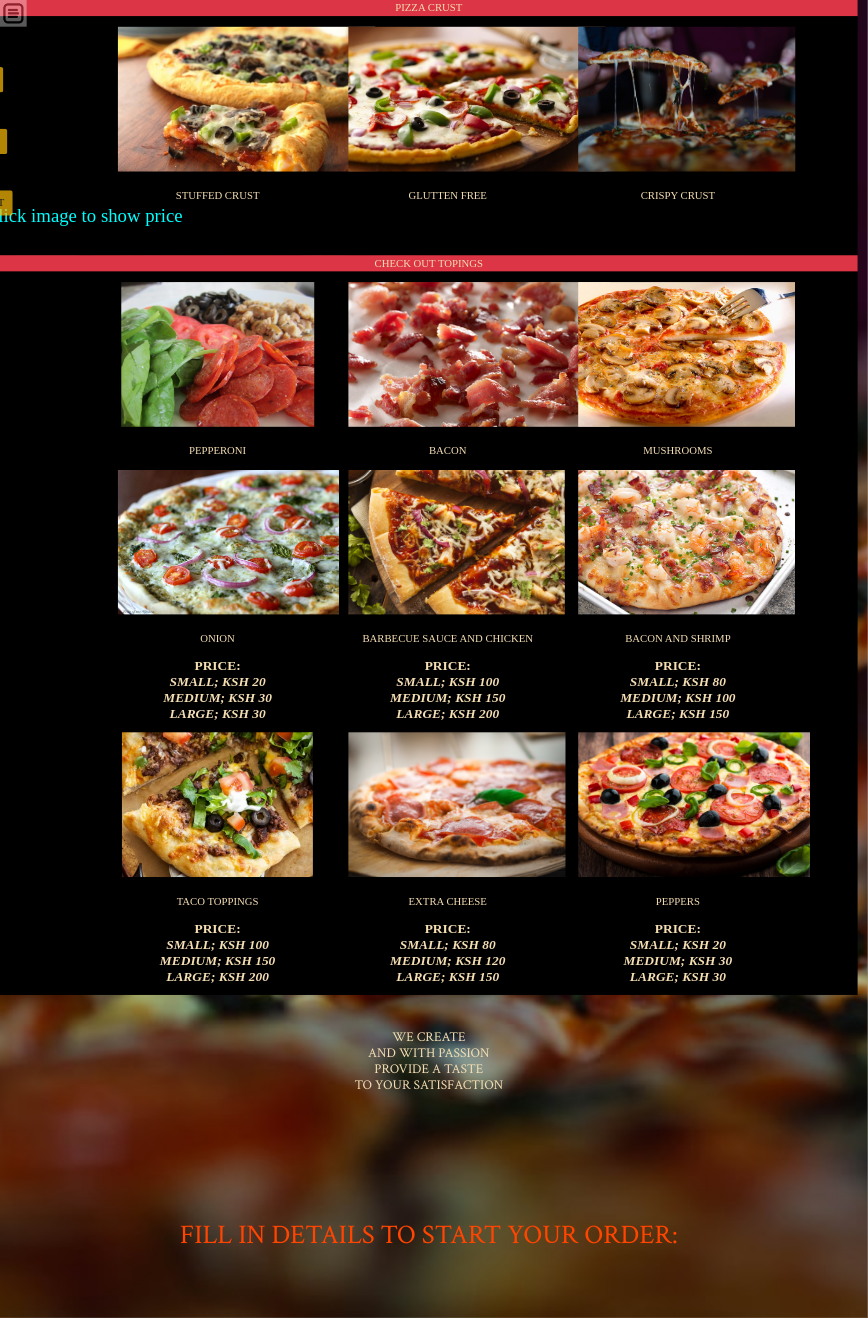
Repository: alexmwaura/MOREO--PIZZA-IP4
Page: mine.html
The author's editor kept a copy of each file at every save. The page is drawn from the files as they stood at one save, then again after the next save.
The browser window is 1280 px wide. The page is 1295 px wide, so the pictures cover 1295 px, including what lies to the right of the window. The pictures show the whole page, at 67% of full size.
Some web fonts or font styles are not loaded; a fallback is used.

Above is the page before, as saved 2019-09-01 14:50:45.

### mine.html
<!DOCTYPE html>
<html lang="en">

<head>
    <meta charset="UTF-8">
    <meta name="viewport" content="width=device-width, initial-scale=1.0">
    <meta http-equiv="X-UA-Compatible" content="ie=edge">

    <title> MOREO RESTAURANT</title>

    <link href="https://fonts.googleapis.com/css?family=Kaushan+Script&display=swap" rel="stylesheet">
    <link href="https://fonts.googleapis.com/css?family=Pacifico|Rancho&display=swap" rel="stylesheet">
    <link href="https://fonts.googleapis.com/css?family=Crimson+Text&display=swap" rel="stylesheet">

    <link rel="stylesheet" href="./CSS/bootstrap.css">
    <link rel="stylesheet" href="./CSS/styles.css">
    <script src="./SCRIPTS/jquery-3.4.1.js"></script>
    <script src="./SCRIPTS/scripts.js"></script>
</head>

<body>
    <nav>
        <a href="#" class="nav-toggle-btn bg-success"></a>
        <ul>
            <li><a href="./index.html" class="btn bg-warning" style="margin-left: -14%">HOME</a></li><br><br>
            <li><a href="#pizza" class="btn bg-warning" style="margin-left: -15%">ORDER</a></li><br><br>
            <li><a href="#nav" class="btn bg-warning" style="margin-left: -35%">CONTACT</a></li>
        </ul>
    </nav>

    <div class="content">


        <div class="address">
            <div class="">

                <div class="bg-danger" id="pizza-crust">
                    <p>PIZZA CRUST</p>

                </div>

                <div class="row">

                    &nbsp;&nbsp;&nbsp;&nbsp;&nbsp;&nbsp;&nbsp;&nbsp;&nbsp;&nbsp;&nbsp;&nbsp;&nbsp;&nbsp;&nbsp;&nbsp;&nbsp;&nbsp;&nbsp;&nbsp;&nbsp;&nbsp;&nbsp;&nbsp;&nbsp;&nbsp;&nbsp;&nbsp;&nbsp;&nbsp;&nbsp;&nbsp;&nbsp;&nbsp;&nbsp;&nbsp;&nbsp;&nbsp;&nbsp;&nbsp;&nbsp;&nbsp;&nbsp;&nbsp;

                    <div class="col-lg-3 col-md-3 col-sm-3">
                        <div id="work1">
                            <img src="./IMAGES/staffedcrust.jpg" alt="" class="img-fluid-1"><br><br>

                            <div class="overlay">
                                <div class="line">
                                    <p class="trial1">STUFFED CRUST</p>
                                    <p class="p1">
                                        <h5 class="p1"><strong> PRICE: <br>
                                            <em>SMALL; KSH 100</em><br>
                                            <em>MEDIUM; KSH 150</em><br>
                                            <em>LARGE; KSH 200</em>
                                        </strong></h5>
                                    </p>

                                </div>

                            </div>

                        </div>



                    </div>
                    &nbsp;&nbsp;&nbsp;&nbsp;

                    <div class="col-lg-3 col-md-3 col-sm-3">
                        <div id="work2">
                            <img src="./IMAGES/gluttenfree.jpg" alt="" class="img-fluid-2"><br><br>

                            <div class="overlay">
                                <div class="line">
                                    <p class="trial2">GLUTTEN FREE </p>
                                    <p class="p1">
                                        <h5 class="p1"><strong> PRICE: <br>
                                            <em>SMALL; KSH 100</em><br>
                                            <em>MEDIUM; KSH 150</em><br>
                                            <em>LARGE; KSH 200</em>
                                        </strong></h5>
                                    </p>



                                </div>

                            </div>

                        </div>

                    </div>

                    &nbsp;&nbsp;&nbsp;&nbsp;


                    <div class="col-lg-3 col-md-3 col-sm-3">
                        <div id="work3">
                            <img src="./IMAGES/1.jpeg" alt="" class="img-fluid-3 "><br><br>

                            <div class="overlay">
                                <div class="line">
                                    <p class="trial3">CRISPY CRUST</p>
                                    <p class="p1">
                                        <h5 class="p1"><strong> PRICE: <br>
                                            <em>SMALL; KSH 100</em><br>
                                            <em>MEDIUM; KSH 150</em><br>
                                            <em>LARGE; KSH 200</em>
                                        </strong></h5>
                                    </p>


                                </div>

                            </div>

                        </div>

                    </div>

                    <div class="form-group">
                        <h3 style="color: aqua" style="font-size: 10vh" class="price"> click image to show price</h3>
                    </div>


                </div>

            </div>

        </div>



        <div class="dance">

            <div class="">

                <div class="bg-danger" id="pizza-toppings">
                    <p>CHECK OUT TOPINGS</p>

                </div>

                <div class="row">

                    &nbsp;&nbsp;&nbsp;&nbsp;&nbsp;&nbsp;&nbsp;&nbsp;&nbsp;&nbsp;&nbsp;&nbsp;&nbsp;&nbsp;&nbsp;&nbsp;&nbsp;&nbsp;&nbsp;&nbsp;&nbsp;&nbsp;&nbsp;&nbsp;&nbsp;&nbsp;&nbsp;&nbsp;&nbsp;&nbsp;&nbsp;&nbsp;&nbsp;&nbsp;&nbsp;&nbsp;&nbsp;&nbsp;&nbsp;&nbsp;&nbsp;&nbsp;&nbsp;&nbsp;

                    <div class="col-lg-3 col-md-3 col-sm-3">
                        <div id="work4">
                            <img src="./IMAGES/pepporoni.jpg" alt="" class="img-fluid-4"><br><br>

                            <div class="overlay">
                                <div class="line">
                                    <p class="trial4">PEPPERONI</p>
                                    <p class="p1">
                                        <h5 class="p1"><strong> PRICE: <br>
                                            <em>SMALL; KSH 100</em><br>
                                            <em>MEDIUM; KSH 150</em><br>
                                            <em>LARGE; KSH 200</em>
                                        </strong></h5>
                                    </p>


                                </div>

                            </div>

                        </div>

                    </div>




                    &nbsp;&nbsp;&nbsp;&nbsp;


                    <div class="col-lg-3 col-md-3 col-sm-3">
                        <div id="work5">
                            <img src="./IMAGES/bacon.jpg" alt="" class="img-fluid-5"><br><br>

                            <div class="overlay">
                                <div class="line">
                                    <p class="trial5">BACON </p>
                                    <p class="p1">
                                        <h5 class="p1"><strong> PRICE: <br>
                                            <em>SMALL; KSH 100</em><br>
                                            <em>MEDIUM; KSH 150</em><br>
                                            <em>LARGE; KSH 200</em>
                                        </strong></h5>
                                    </p>


                                </div>

                            </div>

                        </div>

                    </div>

                    &nbsp;&nbsp;&nbsp;&nbsp;


                    <div class="col-lg-3 col-md-3 col-sm-3">
                        <div id="work6">
                            <img src="./IMAGES/mushroom2.jpg" alt="" class="img-fluid-6"><br><br>

                            <div class="overlay">
                                <div class="line">
                                    <p class="trial6">MUSHROOMS</p>
                                    <p class="p1">
                                        <h5 class="p1"><strong> PRICE: <br>
                                            <em>SMALL; KSH 100</em><br>
                                            <em>MEDIUM; KSH 150</em><br>
                                            <em>LARGE; KSH 200</em>
                                        </strong></h5>
                                    </p>


                                </div>

                            </div>

                        </div>

                    </div>



                </div>

                <div class="row">

                    &nbsp;&nbsp;&nbsp;&nbsp;&nbsp;&nbsp;&nbsp;&nbsp;&nbsp;&nbsp;&nbsp;&nbsp;&nbsp;&nbsp;&nbsp;&nbsp;&nbsp;&nbsp;&nbsp;&nbsp;&nbsp;&nbsp;&nbsp;&nbsp;&nbsp;&nbsp;&nbsp;&nbsp;&nbsp;&nbsp;&nbsp;&nbsp;&nbsp;&nbsp;&nbsp;&nbsp;&nbsp;&nbsp;&nbsp;&nbsp;&nbsp;&nbsp;&nbsp;&nbsp;

                    <div class="col-lg-3 col-md-3 col-sm-3">
                        <div id="work7">
                            <img src="./IMAGES/onions.jpg" alt="" class="img-fluid-7"><br><br>

                            <div class="overlay">
                                <div class="line">
                                    <p class="trial4">ONION</p>
                                    <p class="p7">
                                        <h5 class="p7"><strong> PRICE: <br>
                                            <em>SMALL; KSH 20</em><br>
                                            <em>MEDIUM; KSH 30</em><br>
                                            <em>LARGE; KSH 30</em>
                                        </strong></h5>
                                    </p>


                                </div>

                            </div>

                        </div>

                    </div>




                    &nbsp;&nbsp;&nbsp;&nbsp;


                    <div class="col-lg-3 col-md-3 col-sm-3">
                        <div id="work8">
                            <img src="./IMAGES/barbecue.jpg" alt="" class="img-fluid-8"><br><br>

                            <div class="overlay">
                                <div class="line">
                                    <p class="trial5">BARBECUE SAUCE AND CHICKEN </p>
                                    <p class="p8">
                                        <h5 class="p8"><strong> PRICE: <br>
                                            <em>SMALL; KSH 100</em><br>
                                            <em>MEDIUM; KSH 150</em><br>
                                            <em>LARGE; KSH 200</em>
                                        </strong></h5>
                                    </p>


                                </div>

                            </div>

                        </div>

                    </div>

                    &nbsp;&nbsp;&nbsp;&nbsp;


                    <div class="col-lg-3 col-md-3 col-sm-3">
                        <div id="work9">
                            <img src="./IMAGES/shrimp.jpg" alt="" class="img-fluid-9"><br><br>

                            <div class="overlay">
                                <div class="line">
                                    <p class="trial6">BACON AND SHRIMP</p>
                                    <p class="p9">
                                        <h5 class="p9"><strong> PRICE: <br>
                                            <em>SMALL; KSH 80</em><br>
                                            <em>MEDIUM; KSH 100</em><br>
                                            <em>LARGE; KSH 150</em>
                                        </strong></h5>
                                    </p>


                                </div>

                            </div>

                        </div>

                    </div>



                </div>


                <div class="row">

                    &nbsp;&nbsp;&nbsp;&nbsp;&nbsp;&nbsp;&nbsp;&nbsp;&nbsp;&nbsp;&nbsp;&nbsp;&nbsp;&nbsp;&nbsp;&nbsp;&nbsp;&nbsp;&nbsp;&nbsp;&nbsp;&nbsp;&nbsp;&nbsp;&nbsp;&nbsp;&nbsp;&nbsp;&nbsp;&nbsp;&nbsp;&nbsp;&nbsp;&nbsp;&nbsp;&nbsp;&nbsp;&nbsp;&nbsp;&nbsp;&nbsp;&nbsp;&nbsp;&nbsp;

                    <div class="col-lg-3 col-md-3 col-sm-3">
                        <div id="work10">
                            <img src="./IMAGES/taco.jpg" alt="" class="img-fluid-10"><br><br>

                            <div class="overlay">
                                <div class="line">
                                    <p class="trial4">TACO TOPPINGS</p>
                                    <p class="p10">
                                        <h5 class="p10"><strong> PRICE: <br>
                                            <em>SMALL; KSH 100</em><br>
                                            <em>MEDIUM; KSH 150</em><br>
                                            <em>LARGE; KSH 200</em>
                                        </strong></h5>
                                    </p>


                                </div>

                            </div>

                        </div>

                    </div>




                    &nbsp;&nbsp;&nbsp;&nbsp;


                    <div class="col-lg-3 col-md-3 col-sm-3">
                        <div id="work11">
                            <img src="./IMAGES/cheese 2.jpg" alt="" class="img-fluid-11"><br><br>

                            <div class="overlay">
                                <div class="line">
                                    <p class="trial5">EXTRA CHEESE </p>
                                    <p class="p11">
                                        <h5 class="p11"><strong> PRICE: <br>
                                            <em>SMALL; KSH 80</em><br>
                                            <em>MEDIUM; KSH 120</em><br>
                                            <em>LARGE; KSH 150</em>
                                        </strong></h5>
                                    </p>


                                </div>

                            </div>

                        </div>

                    </div>

                    &nbsp;&nbsp;&nbsp;&nbsp;


                    <div class="col-lg-3 col-md-3 col-sm-3">
                        <div id="work12">
                            <img src="./IMAGES/pepper.jpg" alt="" class="img-fluid-12"><br><br>

                            <div class="overlay">
                                <div class="line">
                                    <p class="trial6">PEPPERS</p>
                                    <p class="p12">
                                        <h5 class="p12"><strong> PRICE: <br>
                                            <em>SMALL; KSH 20</em><br>
                                            <em>MEDIUM; KSH 30</em><br>
                                            <em>LARGE; KSH 30</em>
                                        </strong></h5>
                                    </p>


                                </div>

                            </div>

                        </div>

                    </div>



                </div>


            </div>





        </div>

        <div id="trial">


            <div id="pizza">
                <h2 class="pizza">WE CREATE <br>AND WITH PASSION <br> PROVIDE A TASTE <br> TO YOUR SATISFACTION</h2>
                <br><br>
                <h1>FILL IN DETAILS TO START YOUR ORDER:</h1>


            </div><br><br>



        </div>








    </div>
















</body>

### CSS/styles.css

body{
    background-image: url("../IMAGES/1.jpeg");
    background-repeat: no-repeat;
    background-size: cover;
    background-position: center;
    color: wheat;
    font-family: 'Pacifico', cursive;
    font-family: 'Rancho', cursive;
    margin: 0;
    padding: 0;

}
nav {
    position: fixed;
    z-index: 500;
    top: 0%;
    bottom: 0;
    width: 100px;
    background-image: url("../IMAGES/tukule.jpg");
    background-repeat: no-repeat;
    background-size: cover;
    background-position: center;
    transform: translate3d(-100px, 0, 0);
    transition: transform 0.4s ease;
    font-size: large;
    opacity: 0.7;
}
.active-nav nav{
    transform: translate3d(0, 0, 0)
}

nav ul {

    margin-top: 100px;
}
.nav-toggle-btn{

    position: absolute;
    left: 100px;
    width: 40px;
    height: 40px;
    background-image: url("../IMAGES/images.png");
    background-repeat: no-repeat;
    background-size: cover;
    background-position: center;
    top: 0;
    opacity: 0.5;
}
.content{
    padding: 0;
    margin: 0%;
    height: fit-content;
    text-align: center;
    text-align-last: fixed;
    transition: transform 0.4s ease;
}
.active-nav .content{
    transform: translate3d(200px, 0, 0);
}
.wcome{
    font-size: 100px;
}
.ret{
    font-size: 80px;
}
.home{

    position: absolute center;
    margin-top: -100px;
    padding: 0%;
}
h1{
    font-size: 40px;
    animation: bounce 3s infinite;
    color: orangered;
    margin-top: 10%;
    font-family: 'Crimson Text', serif;

}
@keyframes bounce {

    0%, 20%, 50%, 80%, 100%{
        transform: translateY(0);
    }
    40% {
        transform: translateY(-55px);
    }
    60% {
        transform: translateY(-45px);
    }

}
.to{
    font-size: 30px;
    animation: bounce 3s infinite;
    color: wheat;
    margin-top: -0.01%;
}
@keyframes bounce {

    0%, 20%, 50%, 80%, 100%{
        transform: translateY(0);
    }
    40% {
        transform: translateY(-55px);
    }
    60% {
        transform: translateY(-45px);
    }

}
.price{

    animation: bounce 3s infinite;
    margin-top: 0.5vh;
}
@keyframes bounce {

    0%, 20%, 50%, 80%, 100%{
        transform: translateY(0);
    }
    40% {
        transform: translateY(-55px);
    }
    60% {
        transform: translateY(-45px);
    }

}

.address{
    text-align: center;
    align-content: center;
    position: center;
    background: black;
    background-size: cover;
    background-position: center;

}
.dance{
    text-align: center;
    align-content: center;
    position: center;
    background: black;
    background-size: cover;
    background-position: center;

}
.img-fluid-1{
    height: 30vh;
    justify-content: space-around;

}
.img-fluid-2{
    height: 30vh;

}
.img-fluid-3{
    height: 30vh;

}
.img-fluid-4{
    height: 30vh;

}
.img-fluid-5{
    height: 30vh;

}
.img-fluid-6{
    height: 30vh;

}
.img-fluid-7{
    height: 30vh;

}
.img-fluid-8{
    height: 30vh;

}
.img-fluid-9{
    height: 30vh;

}
.img-fluid-10{
    height: 30vh;

}
.img-fluid-11{
    height: 30vh;

}
.img-fluid-12{
    height: 30vh;

}
.pizza{
    margin-top: 10px;
    font-family: 'Crimson Text', serif;
    font-size: 20PX;
}
#pizza{
    padding-top: 0%;
    margin: 0%;
    justify-content: flex-end;
}
#trial{
    padding-top: 40px;
    font-size: x-large;
}

/* #work1:hover img {
    transform: scale(0.5) ;
    transition: all 50s ease;
} */

/* #work2:hover img {
    transform: scale(1.2) ;
    transition: all 2s ease;
}
#work3:hover img {
    transform: scale(1.2) ;
    transition: all 2s ease;
}
#work4:hover img {
    transform: scale(1.2) ;
    transition: all 2s ease;
}

#work5:hover img {
    transform: scale(1.2) ;
    transition: all 2s ease;
}
#work6:hover img {
    transform: scale(1.2) ;
    transition: all 2s ease;
}
#work7:hover img {
    transform: scale(1.2) ;
    transition: all 2s ease;
}
#work8:hover img {
    transform: scale(1.2) ;
    transition: all 2s ease;
}
#work9:hover img {
    transform: scale(1.2) ;
    transition: all 2s ease;
}
#work10:hover img {
    transform: scale(1.2) ;
    transition: all 2s ease;
}
#work11:hover img {
    transform: scale(1.2) ;
    transition: all 2s ease;
}
#work12:hover img {
    transform: scale(1.2) ;
    transition: all 2s ease;
} */
.p1{
    display: none;
}

### SCRIPTS/scripts.js
$(function () {
    var bodyEl = $('body'),
        navToggleBtn = bodyEl.find('.nav-toggle-btn');

    navToggleBtn.on('click', function () {
        bodyEl.toggleClass('active-nav');

        event.preventDefault();
    });
});
$(document).ready(function () {
    $("#work1").click(function () {
        $(".img-fluid-1").toggle(1000);
        $(".p1").toggle(1000);


    });
    $("#work2").click(function () {
        $(".img-fluid-2").toggle(1000);
        $(".p2").toggle(1000);


    });
    $("#work3").click(function () {
        $(".img-fluid-3").toggle(1000);
        $(".p3").toggle(1000);


    });
    $("#work4").click(function () {
        $(".img-fluid-4").toggle(1000);
        $(".p4").toggle(1000);


    });
    $("#work5").click(function () {
        $(".img-fluid-5").toggle(1000);
        $(".p5").toggle(1000);


    });
    $("#work6").click(function () {
        $(".img-fluid-6").toggle(1000);
        $(".p6").toggle(1000);


    });
    $("#work7").click(function () {
        $(".img-fluid-7").toggle(1000);
        $(".p7").toggle(1000);


    });
    $("#work8").click(function () {
        $(".img-fluid-8").toggle(1000);
        $(".p8").toggle(1000);


    });
    $("#work9").click(function () {
        $(".img-fluid-9").toggle(1000);
        $(".p9").toggle(1000);


    });
    $("#work10").click(function () {
        $(".img-fluid-10").toggle(1000);
        $(".p10").toggle(1000);


    });
    $("#work11").click(function () {
        $(".img-fluid-11").toggle(1000);
        $(".p11").toggle(1000);


    });
    $("#work12").click(function () {
        $(".img-fluid-12").toggle(1000);
        $(".p12").toggle(1000);


    });





});

Loaded but not shown: CSS/bootstrap.css (library); SCRIPTS/jquery-3.4.1.js (library)

After the next save:
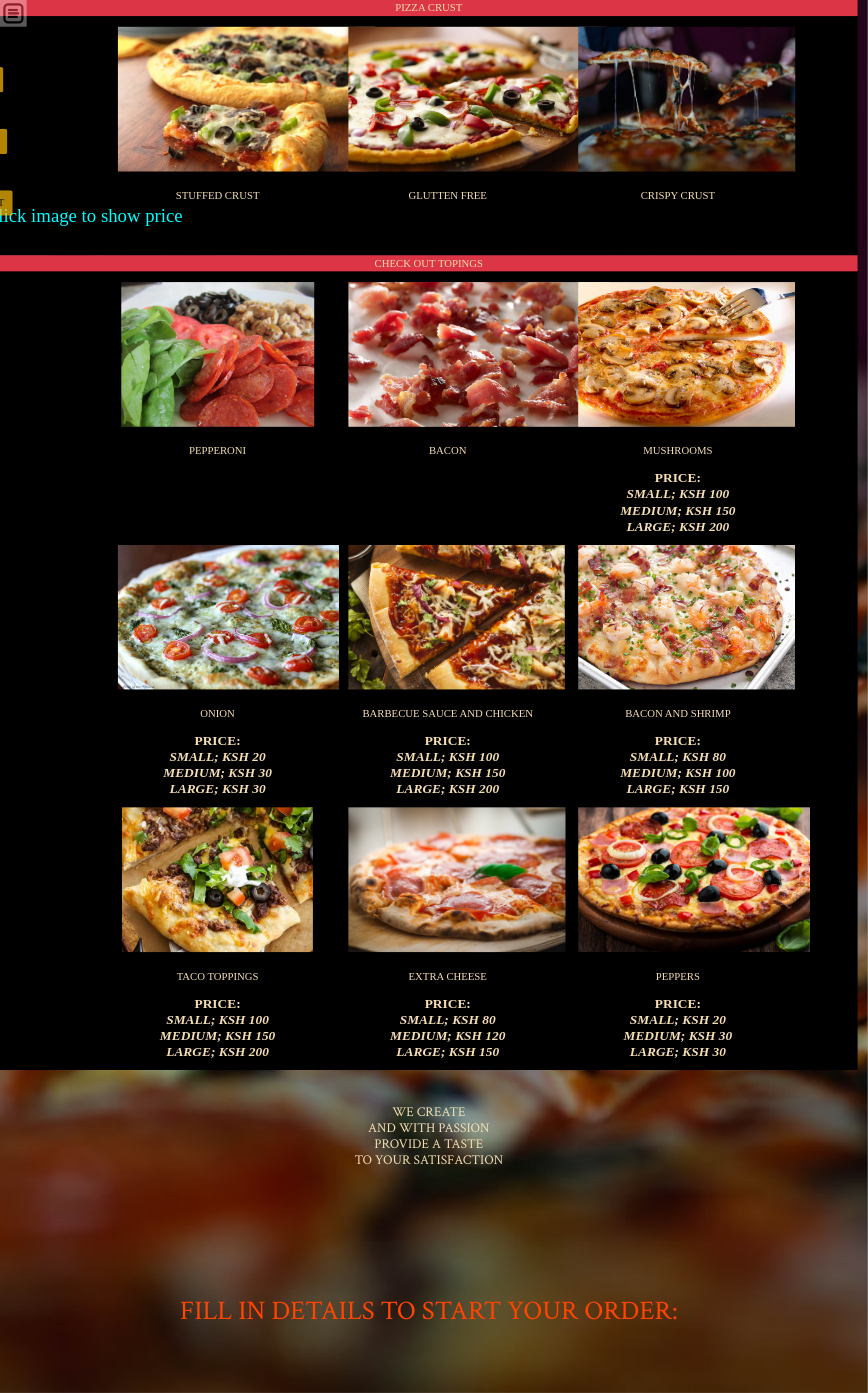
Saved 12 s later.
--- a/mine.html
+++ b/mine.html
@@ -212,7 +212,7 @@
                                 <div class="line">
                                     <p class="trial6">MUSHROOMS</p>
                                     <p class="p1">
-                                        <h5 class="p1"><strong> PRICE: <br>
+                                        <h5 class="p6"><strong> PRICE: <br>
                                             <em>SMALL; KSH 100</em><br>
                                             <em>MEDIUM; KSH 150</em><br>
                                             <em>LARGE; KSH 200</em>
